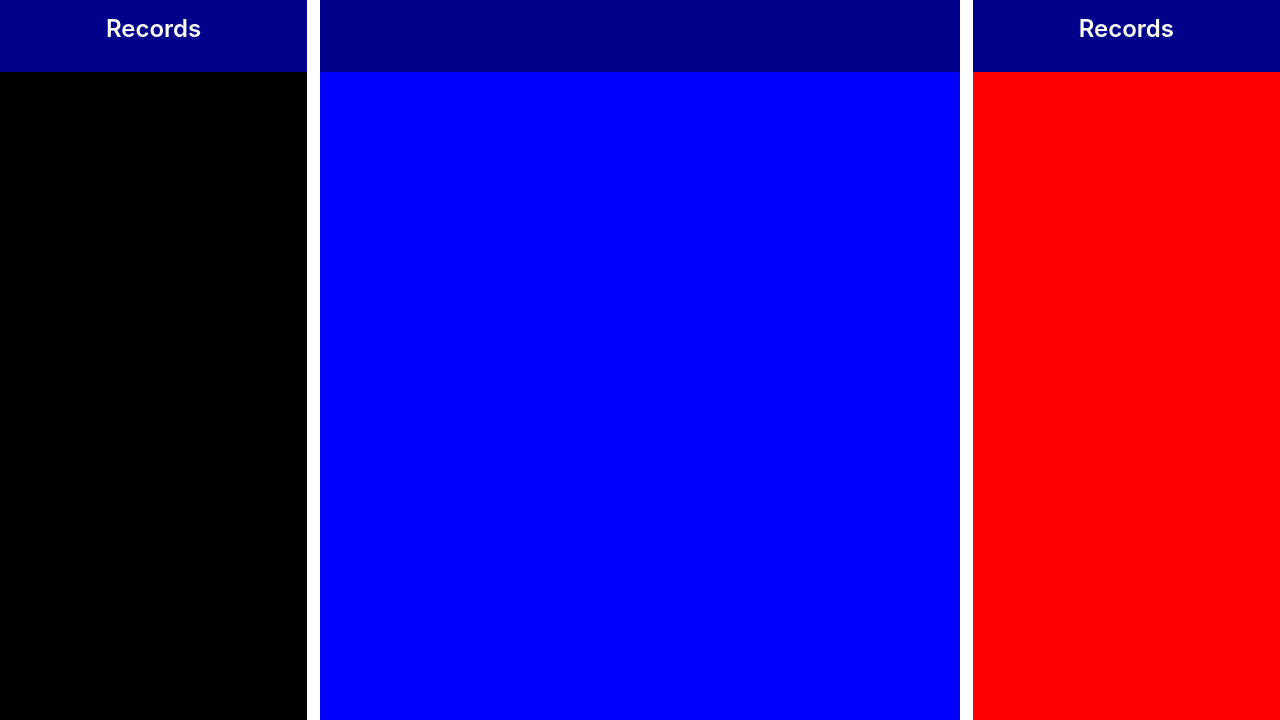
Repository: napan24/classforma_assignment
Page: / (app in client/)
An editor plug-in stored every save of this project. The page is shown before and after the next save, followed by the edit.
The browser window is 1280 px wide. The pictures show the whole page.
The project was rebuilt for these pictures with package versions that can differ from the ones it lists, and the page was loaded fresh each time. Also part of the build but not shown: client/src/App.css.

Above is the page before, as saved 2022-07-19 16:39:05.

After the next save:
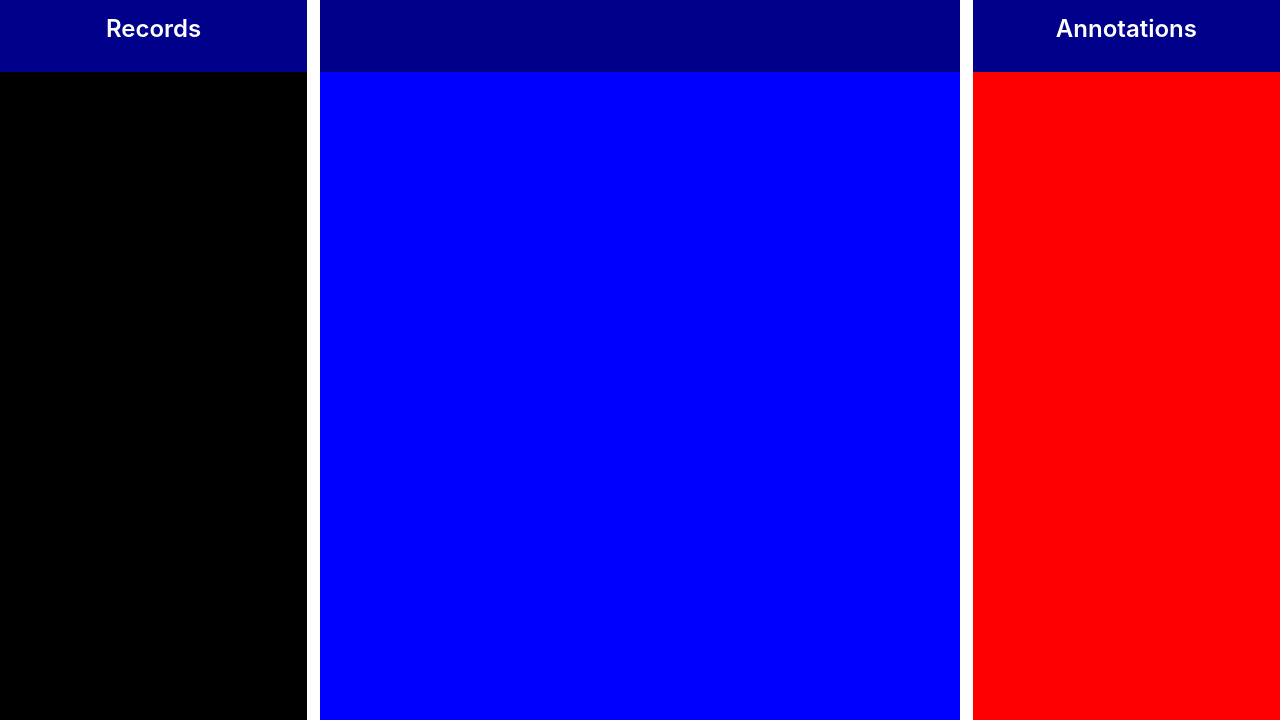
Saved 19 s later.
--- a/client/src/Home.js
+++ b/client/src/Home.js
@@ -25,7 +25,7 @@ const Home = () => {
                 <div style={{ width: "24vw", height: "100vh", backgroundColor: "red" }}>
                     <div style={{ width: "24vw", height: "10vh", backgroundColor: "#00008b", textAlign: 'center', fontSize: '150%', color: "white", fontWeight: "600", position: "fixed" }}>
                         <p style={{ marginTop: "2vh" }}>
-                            Records
+                        Annotations
                         </p>
                     </div>
                     <div>
